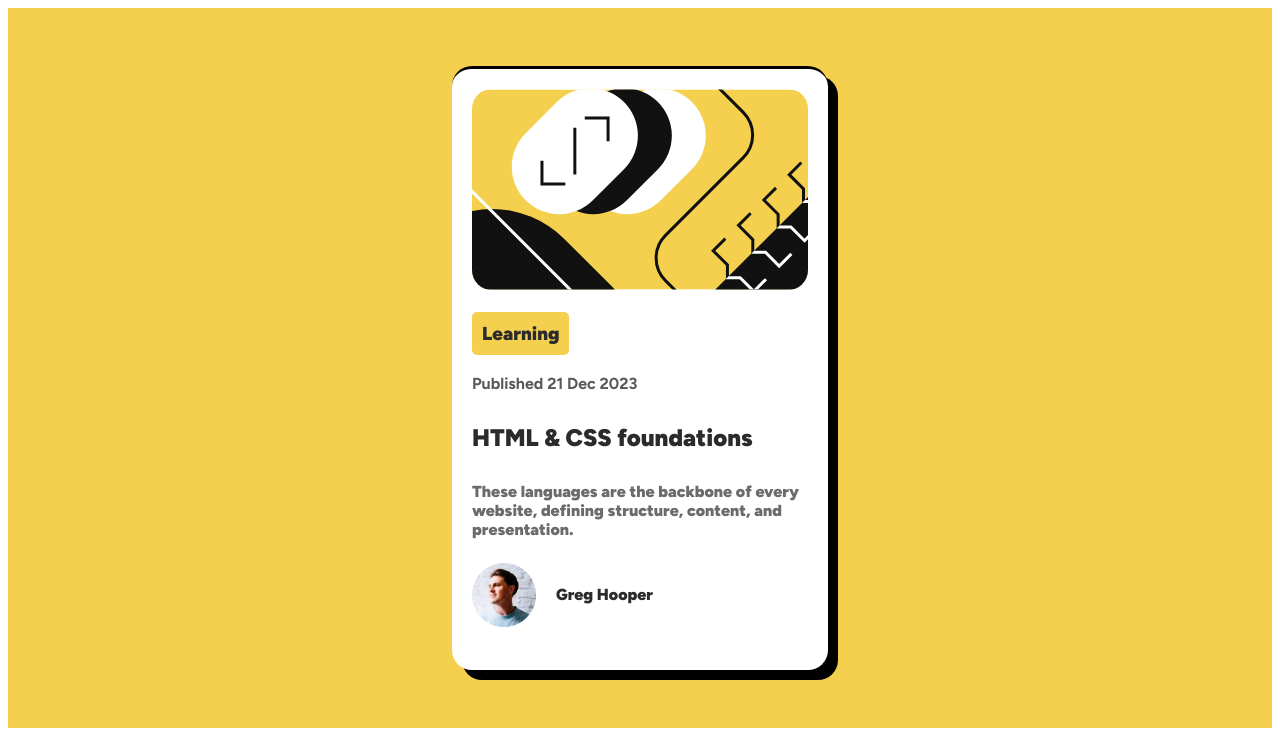
Repository: reemoon-ctrl/blog-preview-card
Page: index.html
The author's editor kept a copy of each file at every save. The page is drawn from the files as they stood at one save, then again after the next save.
The browser window is 1280 px wide. The pictures show the whole page.

Above is the page before, as saved 2024-07-19 15:27:21.

### index.html
<!DOCTYPE html>
<html>
    <head>
        <title>Frontend Mentor | Blog preview card</title>
        <link rel="stylesheet" href="index.css" />
        <style>
            @import url('https://fonts.googleapis.com/css2?family=Figtree:ital,wght@0,300..900;1,300..900&display=swap');
        </style>


    </head>
    <body>
        <article class="blog-card-article">
            <div class="blog-card">
                <img class="blog-img"src="img\illustration-article.svg" alt="illustration-article" />
                <h3 class="blog-category">Learning</h3>
                <b class="blog-date">Published 21 Dec 2023</b>
                <h1 class="blog-title">HTML & CSS foundations</h1>
                <b class="blog-discrip">These languages are the backbone of every website, defining structure, content, and presentation.</b>
                <h2 class="blog-author"><img  src="img\image-avatar.webp" alt="Greg Hooper avatar"/>Greg Hooper</h2>
            </div>
        </article>

    </body>
</html>

### index.css
.blog-card-article{
    min-height: 100vh;
    display: flex;
    align-items:center;
    justify-content: center;
    background-color: hsl(47, 88%, 63%);


}

.blog-card{
    background-color: white;
    padding: 20px 20px 20px 20px;
    border-left:color(srgb rgb(66, 65, 65) rgb(54, 54, 54) rgb(61, 61, 62)) hsl(0, 0%, 17%) ;
    border-top:solid ;
    border-radius: 20px;
    flex-basis: 350px;
    box-shadow:10px 10px;
}

.blog-img{
    border-radius: 20px;


}

.blog-category{

    background-color: hsl(47, 88%, 63%);
    width:fit-content;
    border-radius: 5px;
    padding: 10px 10px;
    font-family: "Figtree", sans-serif;
    font-optical-sizing: auto;
    font-weight: 900;
    font-style:normal;
    color: hsl(0, 0%, 17%);



}

.blog-date{
    color: hsl(0, 0%, 35%);
    padding: 10px 0;
    font-family: "Figtree", sans-serif;
    font-optical-sizing: auto;
    font-weight: 700;
    font-style: normal;

}

.blog-title{
    padding: 10px 0;
    font-family: "Figtree", sans-serif;
    font-optical-sizing: auto;
    font-weight: 900;
    font-style: normal;
    color: hsl(0, 0%, 17%);

}
.blog-discrip{
    color:hsl(0, 0%, 42%);
    padding: 10px 0px;
    font-family: "Figtree", sans-serif;
    font-optical-sizing: auto;
    font-weight: 900;
    font-style: normal;

}

.blog-author{

    display: flex;
    align-items:center;
    padding: 10px 0px;
    gap: 20px;
    font-family: "Figtree", sans-serif;
    font-optical-sizing: auto;
    font-weight:900;
    font-style: normal;
    color: hsl(0, 0%, 17%);
    font-size: 16px;

}
*{
    box-sizing: border-box;
}

After the next save:
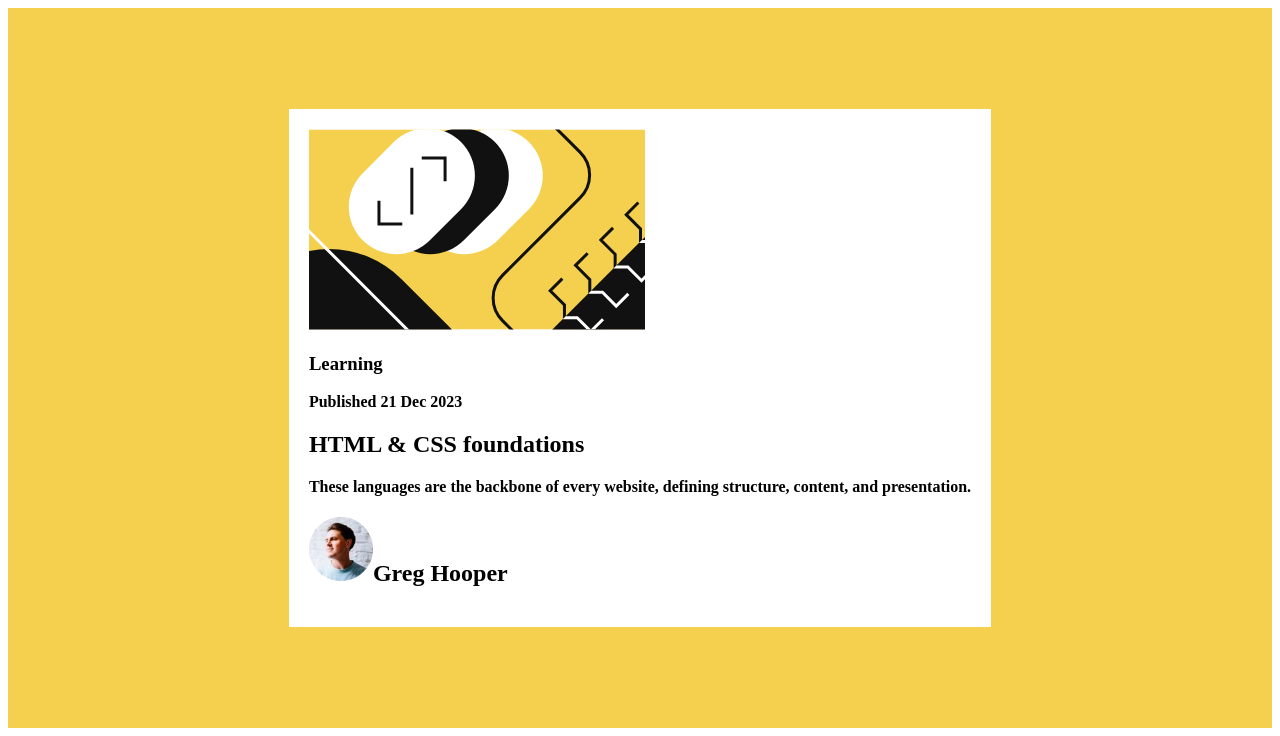
Saved 17 s later.
--- a/index.css
+++ b/index.css
@@ -11,7 +11,7 @@
 .blog-card{
     background-color: white;
     padding: 20px 20px 20px 20px;
-    border-left:color(srgb rgb(66, 65, 65) rgb(54, 54, 54) rgb(61, 61, 62)) hsl(0, 0%, 17%) ;
+    border-left:color(srgb rgb(66, 65, 65);
     border-top:solid ;
     border-radius: 20px;
     flex-basis: 350px;

After the save that followed:
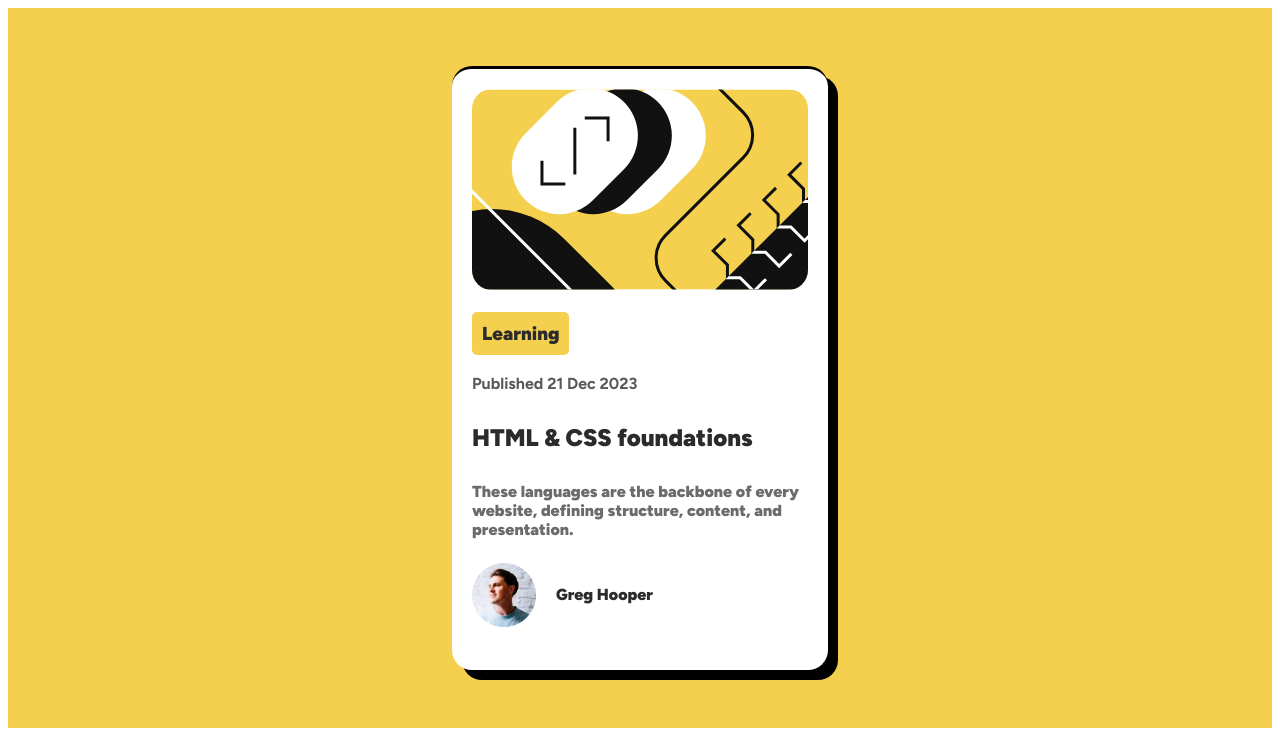
Saved 9 s later.
--- a/index.css
+++ b/index.css
@@ -11,7 +11,7 @@
 .blog-card{
     background-color: white;
     padding: 20px 20px 20px 20px;
-    border-left:color(srgb rgb(66, 65, 65);
+    border-left:colorsrgb rgb(66, 65, 65);
     border-top:solid ;
     border-radius: 20px;
     flex-basis: 350px;
